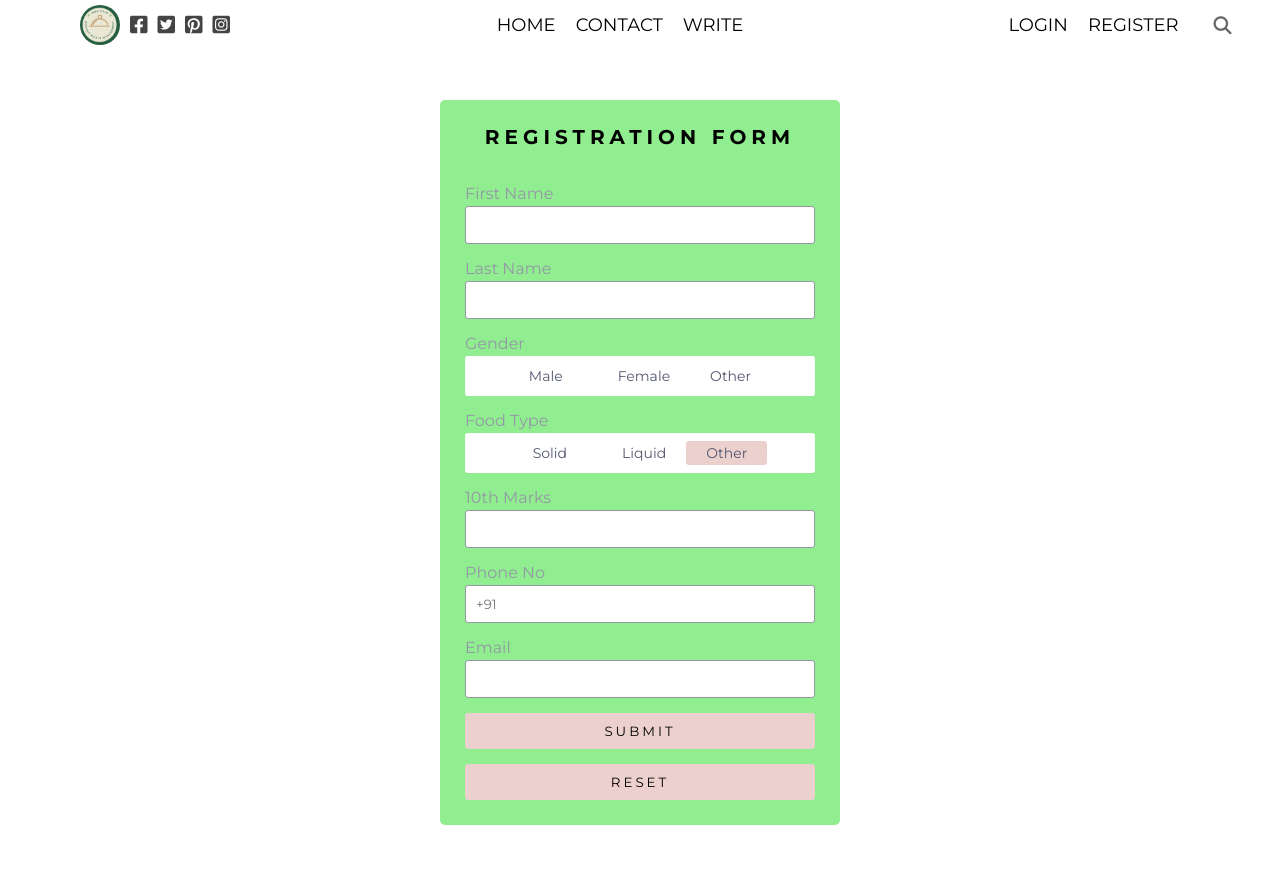
Repository: blsnabrhm/anna-daan
Page: /Contact (app in client/)
These files come from the project's save history. The page is drawn as it stood at one moment and after the next save; the edit follows.
The browser window is 1280 px wide. The pictures show the whole page.
Some web libraries are served in a nearby version. The project was rebuilt for these pictures with package versions that can differ from the ones it lists, and the page was loaded fresh each time. Also part of the build but not shown: client/src/components/header/header.css, client/src/components/header/Header.jsx, client/src/components/posts/posts.css, client/src/components/posts/Posts.jsx, client/src/components/sidebar/sidebar.css, client/src/components/sidebar/SideBar.jsx, client/src/pages/home/home.css, client/src/pages/home/Home.jsx and 13 more. Imported but missing from the stored project, and not drawn on this page: client/src/components/post/Post.

Above is the page before, as saved 2022-04-22 08:23:26.

### client/public/index.html
<!DOCTYPE html>
<html lang="en">
  <head>
    <meta charset="utf-8" />
    <link rel="icon" href="%PUBLIC_URL%/favicon.ico" />
    <meta name="viewport" content="width=device-width, initial-scale=1" />
    <meta name="theme-color" content="#000000" />
    <meta
      name="description"
      content="Web site created using create-react-app"
    />
    <link rel="preconnect" href="https://fonts.googleapis.com">
    <link rel="preconnect" href="https://fonts.gstatic.com" crossorigin>
    <link href="https://fonts.googleapis.com/css2?family=Josefin+Sans:wght@100;200;300;400;500;600;700&family=Lora:ital@0;1&family=Varela&family=Varela+Round&display=swap" rel="stylesheet">
    <link rel="stylesheet" href="https://cdnjs.cloudflare.com/ajax/libs/font-awesome/6.1.1/css/all.min.css" integrity="sha512-KfkfwYDsLkIlwQp6LFnl8zNdLGxu9YAA1QvwINks4PhcElQSvqcyVLLD9aMhXd13uQjoXtEKNosOWaZqXgel0g==" crossorigin="anonymous" referrerpolicy="no-referrer" />
    <style>*{
      margin: 0;
    }</style>
    <style>
      .link {
        text-decoration: none;
        color: inherit;
      }
    </style>
    <title>Anna Daan</title>
  </head>
  <body>
    <noscript>You need to enable JavaScript to run this app.</noscript>
    <div id="root"></div>

  </body>
</html>

### client/src/index.js
import React from 'react';
import ReactDOM from 'react-dom/client';
import App from './App';
import { ContextProvider } from './context/Context';

const root = ReactDOM.createRoot(document.getElementById('root'));
root.render(
  <React.StrictMode>
    <ContextProvider>
    <App />
    </ContextProvider>
  </React.StrictMode>
);

### client/src/App.js
import Home from "./pages/home/Home";
import TopBar from "./components/topbar/TopBar";
import Single from "./pages/single/Single";
import Write from "./pages/write/Write";
import Settings from "./pages/settings/Settings";
import Login from "./pages/login/Login";
import Register from "./pages/register/Register";
import Contact from "./pages/contact/Contact";
import { BrowserRouter as Router, Switch, Route, Link } from "react-router-dom";
import { useContext } from "react";
import { Context } from "./context/Context";

function App() {
  const { user } = useContext(Context);
  return (
    <Router>
      <TopBar />
      <Switch>
        <Route exact path="/">
          <Home />
        </Route>
        <Route path="/register">{user ? <Home /> : <Register />}</Route>
        <Route path="/login">{user ? <Home /> : <Login />}</Route>
        <Route path="/Contact">{user ? <Contact />: <Contact/> }</Route>
        <Route path="/write">{user ? <Write /> : <Register />}</Route>
        <Route path="/settings">{user ? <Settings /> : <Register />}</Route>
        <Route path="/post/:postId">
          <Single />
        </Route>
      </Switch>
    </Router>
  );
}

export default App;

### client/src/context/Context.js
import { createContext, useEffect, useReducer } from "react";
import Reducer from "./Reducer";

const INITIAL_STATE = {
  user: JSON.parse(localStorage.getItem("user")) || null,
  isFetching: false,
  error: false,
};

export const Context = createContext(INITIAL_STATE);

export const ContextProvider = ({ children }) => {
  const [state, dispatch] = useReducer(Reducer, INITIAL_STATE);

  useEffect(() => {
    localStorage.setItem("user", JSON.stringify(state.user));
  }, [state.user]);

  return (
    <Context.Provider
      value={{
        user: state.user,
        isFetching: state.isFetching,
        error: state.error,
        dispatch,
      }}
    >
      {children}
    </Context.Provider>
  );
};

### client/src/components/topbar/TopBar.jsx
import { useContext } from "react";
import { Link } from "react-router-dom";
import { Context } from "../../context/Context";
import "./topbar.css";

export default function TopBar() {
  const { user, dispatch } = useContext(Context);
  const PF = "http://localhost:3000/images/"

  const handleLogout = () => {
    dispatch({ type: "LOGOUT" });
  };
  return (
    <div className="top">
      <div className="topLeft">
        <img className="topImg topLogo" src={require('../../assets/Anna_Daan.png')} alt="" />
        <i className="topIcon fab fa-facebook-square"></i>
        <i className="topIcon fab fa-twitter-square"></i>
        <i className="topIcon fab fa-pinterest-square"></i>
        <i className="topIcon fab fa-instagram-square"></i>
      </div>
      <div className="topCenter">
        <ul className="topList">
          <li className="topListItem">
            <Link className="link" to="/" >
              HOME
            </Link>
          </li>
          <li className="topListItem">
            <Link className="link" to="/contact" >
              CONTACT
            </Link>
          </li>
          <li className="topListItem">
            <Link className="link" to="/write">
              WRITE
            </Link>
          </li>
          <li className="topListItem" onClick={handleLogout}>
            {user && "LOGOUT"}
          </li>
        </ul>
      </div>
      <div className="topRight">
        {user ? (
          <Link to="/settings">
            <img className="topImg" src={PF+user.profilePic} alt="" />
          </Link>
        ) : (
          <ul className="topList">
            <li className="topListItem">
              <Link className="link" to="/login" >
                LOGIN
              </Link>
            </li>
            <li className="topListItem">
              <Link className="link" to="/register">
                REGISTER
              </Link>
            </li>
          </ul>
        )}
        <i className="topSearchIcon fas fa-search"></i>
      </div>
    </div>
  );
}

### client/src/pages/contact/Contact.jsx
import './contact.css'

export default function Contact() {
    return (
    <div className='contact'>
        <div class="registration_form">
		<div class="title">
			Registration Form
		</div>

		<form>
			<div class="form_wrap">
                <div className="input_wrap">
					<label for="fname">First Name</label>
					<input type="text" id="email"/>
				</div>
				<div className="input_wrap">
					<label for="lname">Last Name</label>
					<input type="text" id="email"/>
				</div>
                <div >

                </div>
				<div className="input_wrap">
					<label>Gender</label>
					<ul>
						<li>
							<label className="radio_wrap">
								<input type="radio" name="gender" value="male" className="input_radio" checked/>
								<span>Male</span>
							</label>
						</li>
						<li>
							<label className="radio_wrap">
								<input type="radio" name="gender" value="female" className="input_radio"/>
								<span>Female</span>
							</label>
						</li>
                        <li>
							<label className="radio_wrap">
								<input type="radio" name="gender" value="male" className="input_radio" checked/>
								<span>Other</span>
							</label>
						</li>
					</ul>
				</div>
                <div className="input_wrap">
					<label>Food Type</label>
					<ul>
						<li>
							<label className="radio_wrap">
								<input type="radio" name="gender" value="male" className="input_radio" checked/>
								<span>Solid</span>
							</label>
						</li>
						<li>
							<label className="radio_wrap">
								<input type="radio" name="gender" value="female" className="input_radio"/>
								<span>Liquid</span>
							</label>
						</li>
                        <li>
							<label className="radio_wrap">
								<input type="radio" name="gender" value="male" className="input_radio" checked/>
								<span>Other</span>
							</label>
						</li>
					</ul>
				</div>
        <div className="input_wrap">
            <label for="food">10th Marks</label>
            <input type="number" id="food"  min="0" max="100"/>
        </div>
				<div className="input_wrap">
					<label for="city">Phone No</label>
					<input type="tel" id="city" placeholder="+91"/>
				</div>
				<div className="input_wrap">
					<label for="country">Email</label>
					<input type="text" id="country"/>
				</div>
				<div className="input_wrap">
					<input type="submit" value="Submit" className="submit_btn"/>
				</div>
        <div className="input_wrap">
					<input type="submit" value="Reset" className="submit_btn"/>
				</div>
			</div>
		</form>
	</div>
    </div>
    )
}

### client/src/context/Reducer.js
const Reducer = (state, action) => {
  switch (action.type) {
    case "LOGIN_START":
      return {
        user: null,
        isFetching: true,
        error: false,
      };
    case "LOGIN_SUCCESS":
      return {
        user: action.payload,
        isFetching: false,
        error: false,
      };
    case "LOGIN_FAILURE":
      return {
        user: null,
        isFetching: false,
        error: true,
      };
      case "UPDATE_START":
        return {
          ...state,
          isFetching:true
        };
      case "UPDATE_SUCCESS":
        return {
          user: action.payload,
          isFetching: false,
          error: false,
        };
      case "UPDATE_FAILURE":
        return {
          user: state.user,
          isFetching: false,
          error: true,
        };
    case "LOGOUT":
      return {
        user: null,
        isFetching: false,
        error: false,
      };
    default:
      return state;
  }
};

export default Reducer;

### client/src/components/topbar/topbar.css
.top {
    width: 100%;
    height: 50px;
    background-color: white;
    position: sticky;
    top: 0;
    display: flex;
    align-items: center;
    font-family: "Josefin Sans", sans-serif;
    z-index: 999;
  }

  .topLeft,
  .topRight {
    flex: 3;
    display: flex;
    align-items: center;
    justify-content: center;
  }

  .topCenter {
    flex: 6;
  }

  .topLogo {
    margin-right: 10px;
  }

  .topIcon {
    font-size: 20px;
    margin-right: 10px;
    color: #444;
    cursor: pointer;
  }

  .topImg {
    width: 40px;
    height: 40px;
    border-radius: 50%;
    object-fit: cover;
    cursor: pointer;
  }

  .topList {
    display: flex;
    justify-content: center;
    margin: 0;
    padding: 0;
    list-style: none;
  }

  .topListItem {
    margin-right: 20px;
    font-size: 18px;
    font-weight: 300;
    cursor: pointer;
  }

  .topSearchIcon {
    font-size: 18px;
    color: #666;
    cursor: pointer;
    margin-left: 15px;
  }

### client/src/pages/contact/contact.css
@import url('https://fonts.googleapis.com/css2?family=Montserrat:wght@400;700&display=swap');

*{
	margin: 0;
	padding: 0;
	box-sizing: border-box;
	list-style: none;
	font-family: 'Montserrat', sans-serif;
}

.contact {
    display: flex;
    align-items: center;
    justify-content: center;
    margin: 50px 0;
}

.wrapper{
	min-height: 100vh;
	display: flex;
	justify-content: center;
	align-items: center;
}

.registration_form{
	background: lightgreen;
	padding: 25px;
	border-radius: 5px;
	width: 400px;
}

.registration_form .title{
	text-align: center;
	font-size: 20px;
	text-transform: uppercase;
	color: #000000;
	letter-spacing: 5px;
	font-weight: 700;
}

.form_wrap{
	margin-top: 35px;
}

.form_wrap .input_wrap{
	margin-bottom: 15px;
}

.form_wrap .input_wrap:last-child{
	margin-bottom: 0;
}

.form_wrap .input_wrap label{
	display: block;
	margin-bottom: 3px;
	color: #9597a6;
}
.form_wrap .input_grp  input[type="text"] ,input[type="number"]{
	width: 165px;
}

.form_wrap  input[type="text"], input[type="number"], input[type="tel"]{
	width: 100%;
	border-radius: 3px;
	border: 1px solid #9597a6;
	padding: 10px;
	outline: none;
}

.form_wrap  input[type="text"]:focus{
	border-color: #ebd0ce;
}

.form_wrap ul{
	background: #fff;
	padding: 8px 10px;
	border-radius: 3px;
	display: flex;
	justify-content: center;
}

.form_wrap ul li:first-child{
	margin-right: 15px;
}
.form_wrap ul .radio_wrap{
	position: relative;
	margin-bottom: 0;
}

.form_wrap ul .radio_wrap .input_radio{
	position: absolute;
	top: 0;
	right: 0;
	opacity: 0;
}

.form_wrap ul .radio_wrap span{
	display: inline-block;
	font-size: 14px;
	padding: 3px 20px;
	border-radius: 3px;
	color: #545871;
}

.form_wrap .input_radio:checked ~ span{
	background: #ebd0ce;
}

.form_wrap .submit_btn{
	width: 100%;
	background: #ebd0ce;
	padding: 10px;
	border: 0;
	border-radius: 3px;
	text-transform: uppercase;
	letter-spacing: 3px;
	cursor: pointer;
}

.form_wrap .submit_btn:hover{
	background: #ffd5d2;
}

After the next save:
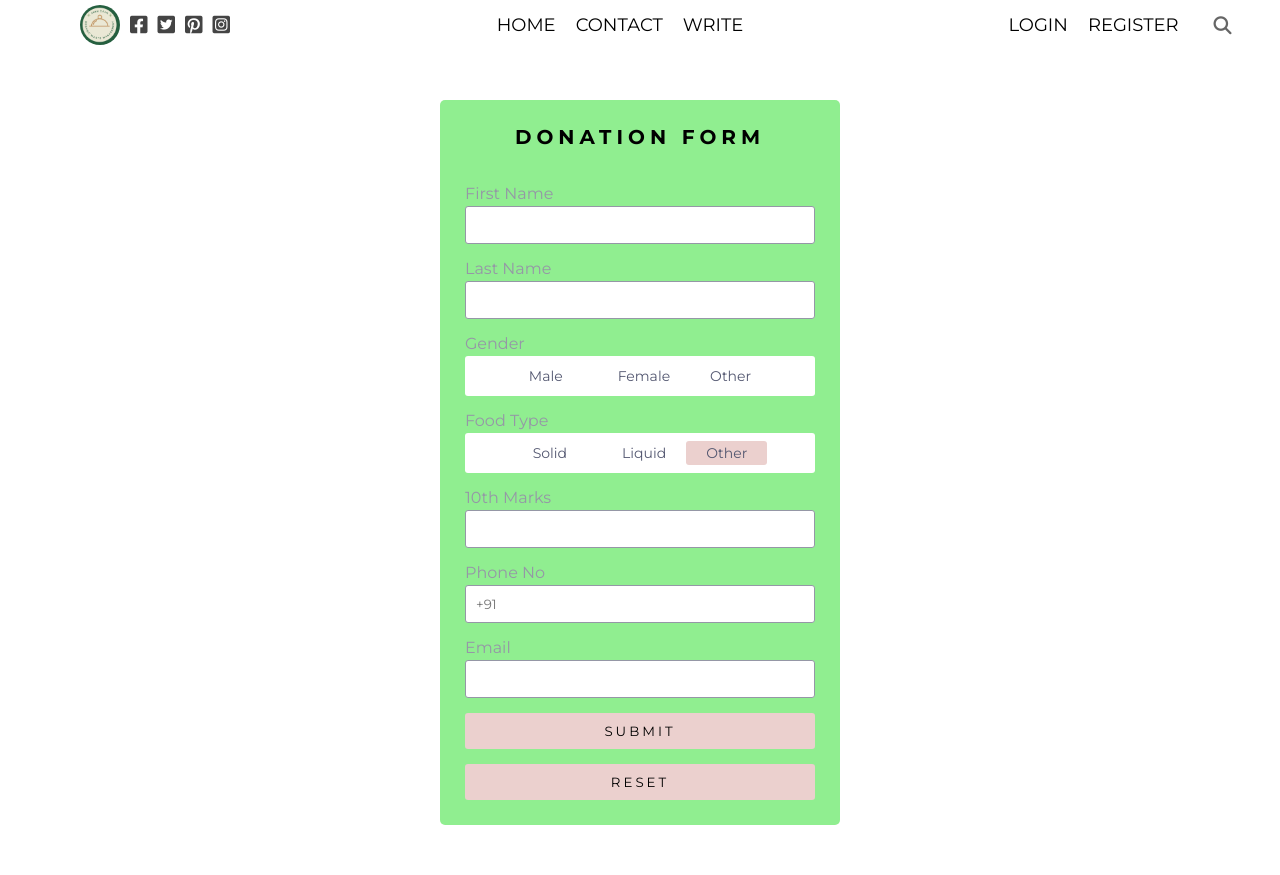
Saved 15 s later.
--- a/client/src/pages/contact/Contact.jsx
+++ b/client/src/pages/contact/Contact.jsx
@@ -5,7 +5,7 @@ export default function Contact() {
     <div className='contact'>
         <div class="registration_form">
 		<div class="title">
-			Registration Form
+			Donation Form
 		</div>
 
 		<form>
